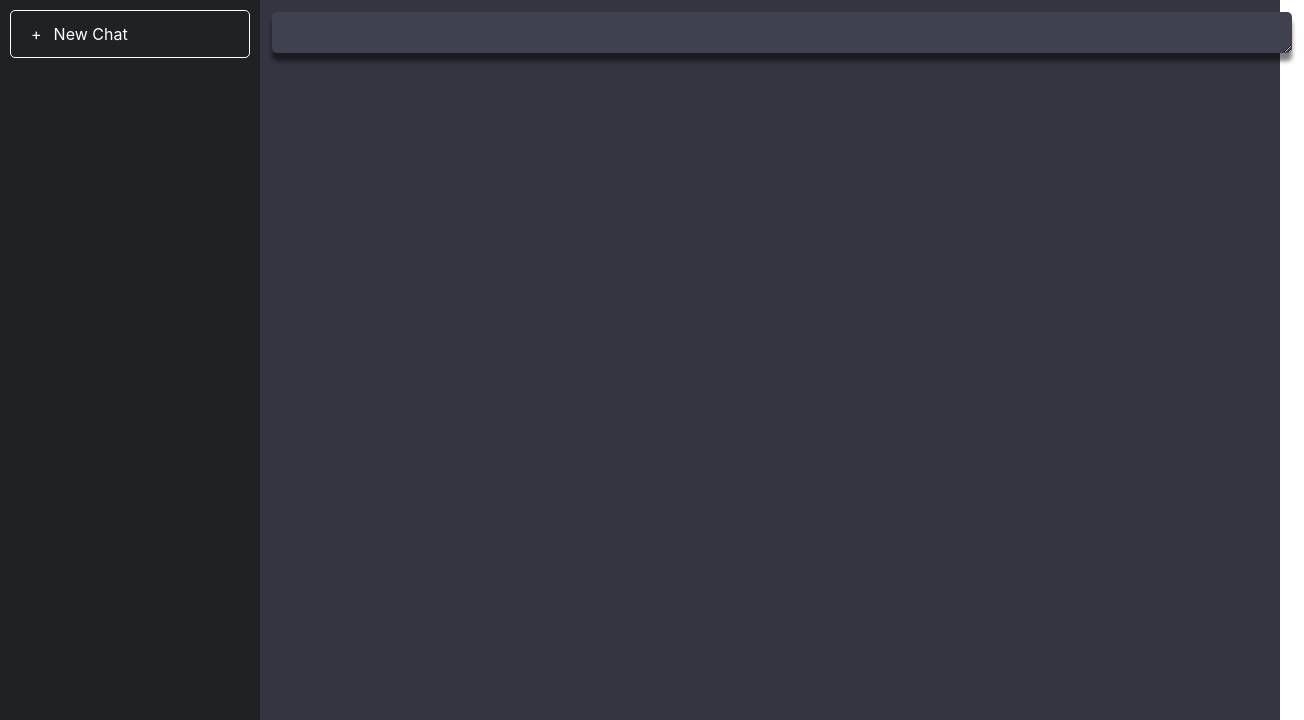
Repository: lancenigel/ChatGPT-Clone
Page: / (app in client/)
The author's editor kept a copy of each file at every save. The page is drawn from the files as they stood at one save, then again after the next save.
The browser window is 1280 px wide. The page is 1304 px wide, then 1292 px, so the pictures cover 1304 px, including what lies to the right of the window. The pictures show the whole page.
The project was rebuilt for these pictures with package versions that can differ from the ones it lists, and the page was loaded fresh each time.

Above is the page before, as saved 2024-02-04 00:29:19.

After the next save:
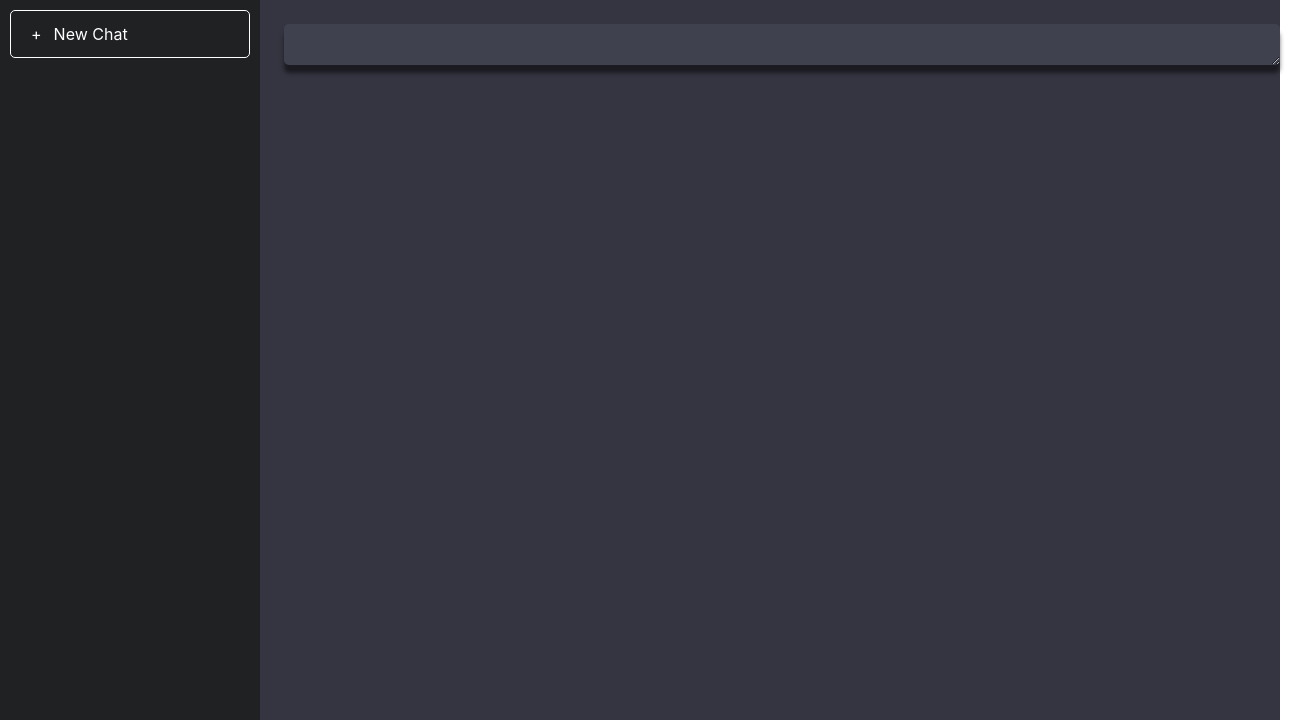
Saved 8 s later.
--- a/client/src/App.css
+++ b/client/src/App.css
@@ -13,7 +13,7 @@
 }
 
 .chat-input-holder {
-  flex: 1;
+  padding: 12px;
 
 }
 
